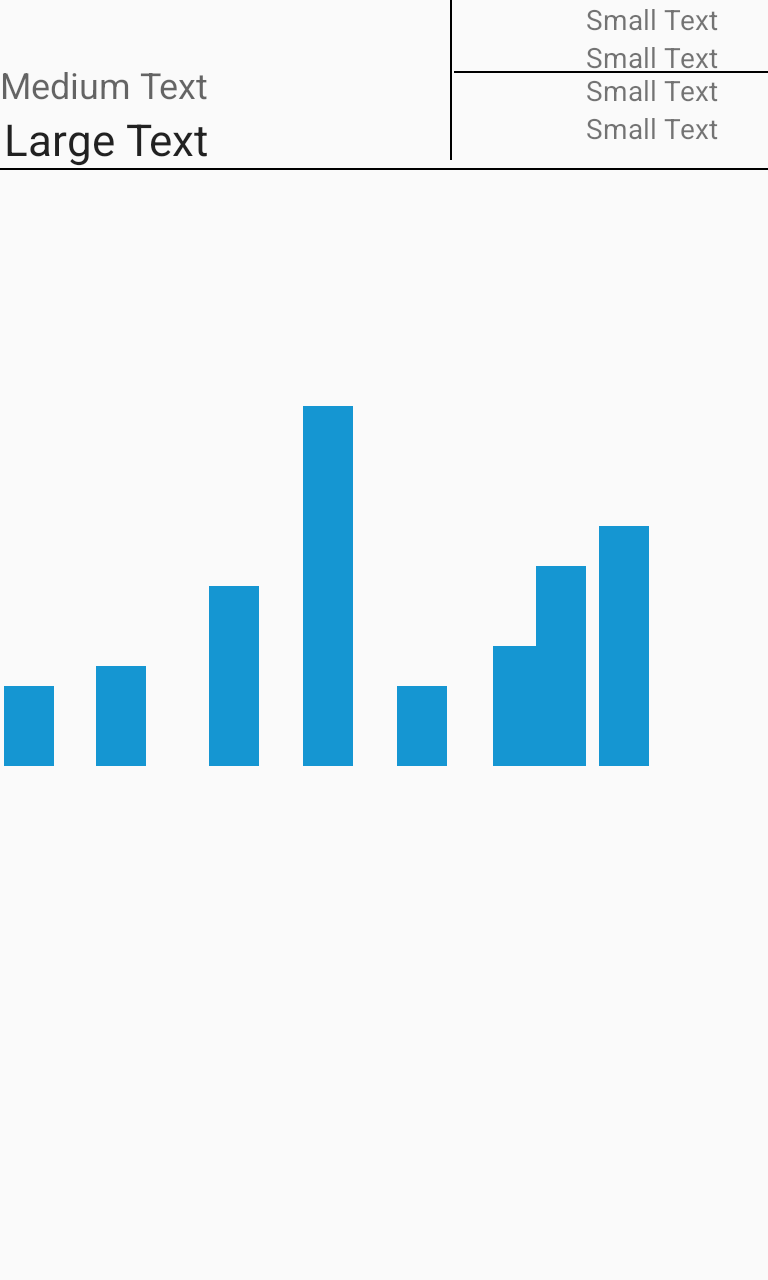
Repository: RibuRoyson/exercise
Layout: Layout1/res/layout/activity_main.xml
An editor plug-in stored every save of this project. The layout is shown before and after the next save, followed by the edit.
It is drawn on a 768 x 1280 px phone screen (xhdpi) without system bars, with theme AppTheme; the app's code is not run.

Above is the layout before, as saved 2015-02-16 08:30:15.

After the next save:
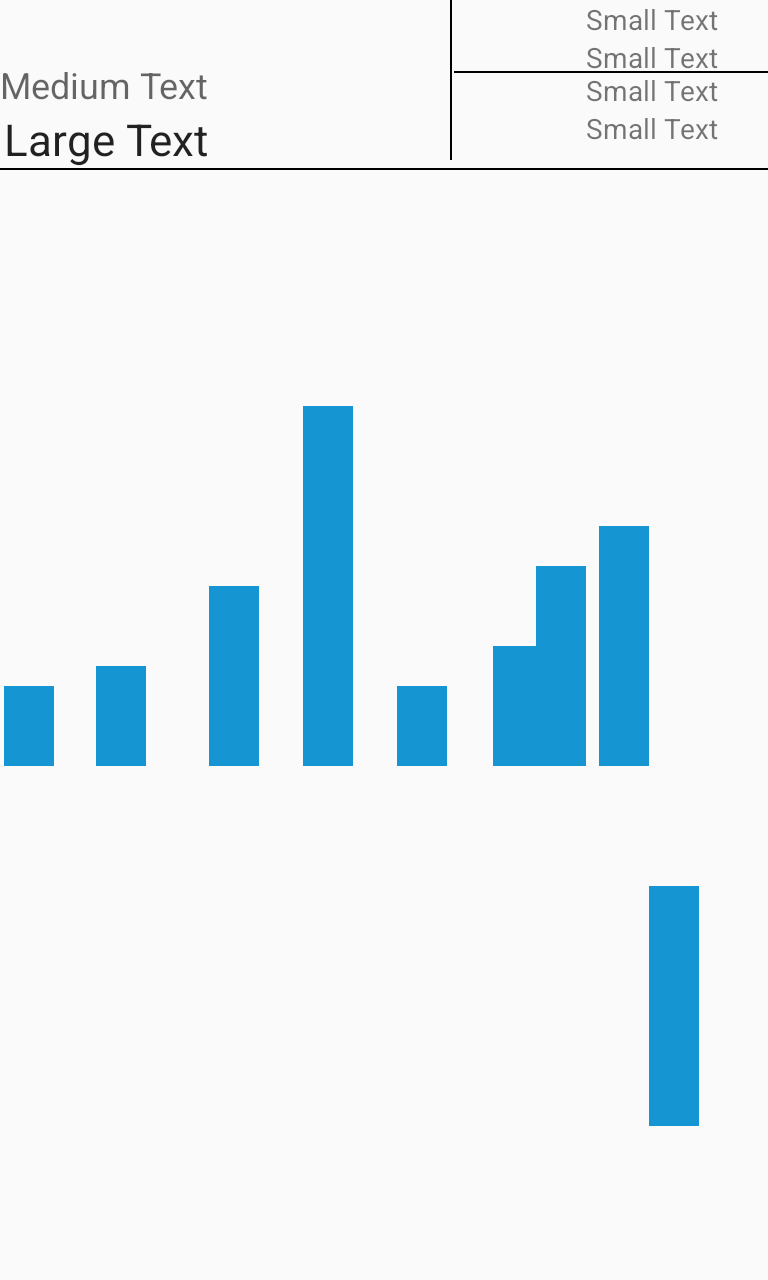
Saved 4 s later.
--- a/Layout1/res/layout/activity_main.xml
+++ b/Layout1/res/layout/activity_main.xml
@@ -170,6 +170,7 @@
         android:layout_height="120dp"
         android:layout_below="@+id/view10"
         android:layout_marginTop="60dp"
-        android:layout_toRightOf="@+id/view10" />
+        android:layout_toRightOf="@+id/view10"
+          android:background="#1596D2" />
 
 </RelativeLayout>
